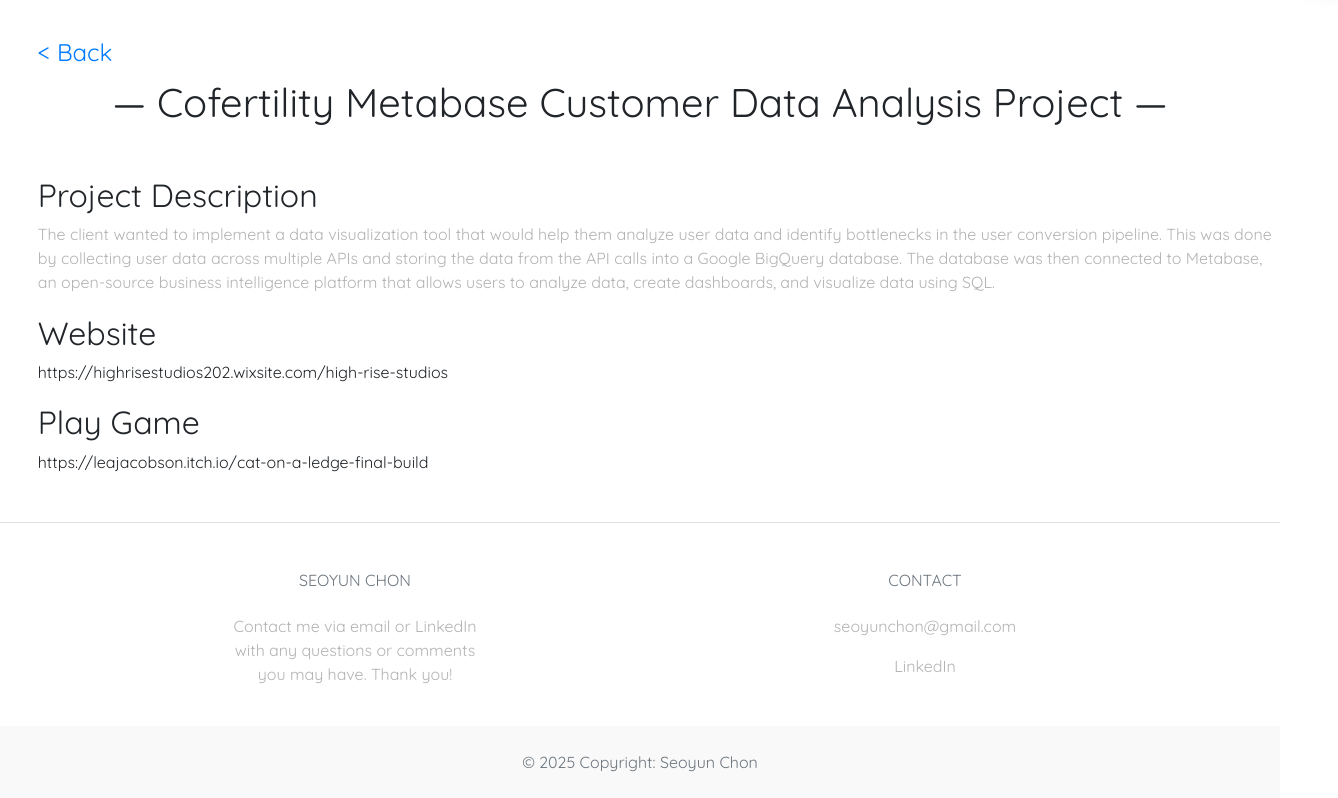
Repository: schon02/seoyun-chon-portfolio
Page: projects_cofertility_page.html
An editor plug-in stored every save of this project. The page is shown before and after the next save, followed by the edit.
The browser window is 1280 px wide. The page is 1338 px wide, so the pictures cover 1338 px, including what lies to the right of the window. The pictures show the part of the page from y = 720 to 1518 px (the page is 1518 px tall before and 1498 px after).

Above is the page before, as saved 2025-01-31 19:14:09.

### projects_cofertility_page.html
<!DOCTYPE html>
<html>
    <head>
        <!-- <link href="style.css" rel="stylesheet" /> -->

        <!-- Required meta tags -->
        <meta charset="utf-8">
        <meta name="viewport" content="width=device-width, initial-scale=1, shrink-to-fit=no">

        <link href="https://fonts.googleapis.com/css?family=Quicksand:400,600,700&display=swap" rel="stylesheet">

        <link rel="stylesheet" href="fonts/icomoon/style.css">

        <link rel="stylesheet" href="css/owl.carousel.min.css">

        <!-- Bootstrap CSS -->
        <link rel="stylesheet" href="css/bootstrap.min.css">

        <!-- Style -->
        <link rel="stylesheet" href="css/style.css">

        <title>Home Page</title>

    </head>

    <body>
        <!-- <header>
            <nav>
                <ul>
                    <li><a class="active" href="index.html">Home</a></li>
                    <li><a href="services_page.html">Services</a></li>
                    <li><a href="contact_page.html">Contact</a></li>
                </ul>
            </nav>
        </header> -->

        <div class="site-mobile-menu site-navbar-target">
            <div class="site-mobile-menu-header">
              <div class="site-mobile-menu-close mt-3">
                <span class="icon-close2 js-menu-toggle"></span>
              </div>
            </div>
            <div class="site-mobile-menu-body"></div>
          </div> <!-- .site-mobile-menu -->

        <div class="site-navbar-wrap">
            <div class="site-navbar-top">
              <div class="container py-3">
                <div class="row align-items-center">
                  <div class="col-6">
                    <div class="d-flex mr-auto">
                      <a href="#" class="d-flex align-items-center mr-4">
                        <span class="icon-envelope mr-2"></span>
                        <span class="d-none d-md-inline-block">seoyunchon@gmail.com</span>
                      </a>
                      <!-- <a href="#" class="d-flex align-items-center mr-auto">
                        <span class="icon-phone mr-2"></span>
                        <span class="d-none d-md-inline-block">+1 234 4567 8910</span>
                      </a> -->
                    </div>
                  </div>
                  <div class="col-6 text-right">
                    <div class="mr-auto">
                      <!-- <a href="#" class="p-2 pl-0"><span class="icon-twitter"></span></a> -->
                      <!-- <a href="#" class="p-2 pl-0"><span class="icon-facebook"></span></a> -->
                      <a href="https://www.linkedin.com/in/seoyun-chon/" class="p-2 pl-0"><span class="icon-linkedin"></span></a>
                      <!-- <a href="#" class="p-2 pl-0"><span class="icon-instagram"></span></a> -->
                    </div>

                  </div>
                </div>
              </div>
            </div>

            <div class="site-navbar site-navbar-target js-sticky-header">
              <div class="container">
                <div class="row align-items-center">
                  <div class="col-2">
                    <h1 class="my-0 site-logo"><a href="index.html">Seoyun&nbsp;Chon</a></h1>
                  </div>
                  <div class="col-10">
                    <nav class="site-navigation text-right" role="navigation">
                      <div class="container">
                        <div class="d-inline-block d-lg-none ml-md-0 mr-auto py-3"><a href="#" class="site-menu-toggle js-menu-toggle text-white"><span class="icon-menu h3"></span></a></div>

                        <ul class="site-menu main-menu js-clone-nav d-none d-lg-block">
                          <li><a href="index.html" class="nav-link">Home</a></li>
                          <li class="active"><a href="projects_page.html" class="nav-link">Projects</a></li>
                          <li class="has-children">
                            <a href="#" class="nav-link">Pages</a>
                            <ul class="dropdown arrow-top">
                              <li><a href="#" class="nav-link">Team</a></li>
                              <li><a href="#" class="nav-link">Pricing</a></li>
                              <li><a href="#" class="nav-link">FAQ</a></li>
                              <li class="has-children">
                                <a href="#">More Links</a>
                                <ul class="dropdown">
                                  <li><a href="#">Menu One</a></li>
                                  <li><a href="#">Menu Two</a></li>
                                  <li><a href="#">Menu Three</a></li>
                                </ul>
                              </li>
                            </ul>
                          </li>
                          <!-- <li><a href="#about-section" class="nav-link">About</a></li> -->
                          <li><a href="resume_page.html" class="nav-link">Resume</a></li>
                          <!-- <li><a href="#gallery-section" class="nav-link">Gallery</a></li> -->
                          <li><a href="contact_page.html" class="nav-link">Contact</a></li>
                        </ul>
                      </div>
                    </nav>
                  </div>
                </div>
              </div>
            </div>
          </div>


          <div class="hero" style="background-image: url('images/s2k2.JPG');"></div>

          <div style="padding-top: 1cm; padding-left: 1cm;">
            <a href="projects_page.html">
              <h4>< Back</h4>
            </a>
          </div>

        <div class="text-center" style="padding-top: 0.1cm;">
          <h1>— Cofertility Metabase Customer Data Analysis Project —</h1>
        </div>


        <div class="text-left" style="padding-top: 0.1cm; padding-left: 1cm;">
          <h2 style="padding-top: 1cm;">Project Description</h2>
          <p>The client wanted to implement a data visualization tool that would
            help them analyze user data and identify bottlenecks in the user
            conversion pipeline. This was done by collecting user data across
            multiple APIs and storing the data from the API calls into a
            Google BigQuery database. The database was then connected to
            Metabase, an open-source business intelligence platform that
            allows users to analyze data, create dashboards, and visualize
            data using SQL. </p>
          <h2 style="padding-top: 0.1cm;">Website</h2>
          <a href="https://highrisestudios202.wixsite.com/high-rise-studios" class="text-reset"> https://highrisestudios202.wixsite.com/high-rise-studios </a>
          <h2 style="padding-top: 0.5cm;">Play Game</h2>
          <a href="https://leajacobson.itch.io/cat-on-a-ledge-final-build" class="text-reset"> https://leajacobson.itch.io/cat-on-a-ledge-final-build </a>
        </div>





        <script src="js/jquery-3.3.1.min.js"></script>
        <script src="js/popper.min.js"></script>
        <script src="js/bootstrap.min.js"></script>
        <script src="js/jquery.sticky.js"></script>
        <script src="js/main.js"></script>

    </body>

<!-- Footer -->
<footer class="text-center text-lg-start bg-white text-muted">

  <section class="d-flex justify-content-center justify-content-lg-between p-4 border-bottom">
  </section>

  <!-- Section: Links  -->
  <section class="">
    <div class="container text-center text-md-start mt-5">
      <!-- Grid row -->
      <div class="row mt-3">
        <!-- Grid column -->
        <div class="col-md-3 col-lg-4 col-xl-3 mx-auto mb-4">
          <!-- Content -->
          <h6 class="text-uppercase fw-bold mb-4">
            <i class="fas fa-gem me-3 text-secondary"></i>Seoyun Chon
          </h6>
          <p>
            Contact me via email or LinkedIn with any questions or comments you may have. Thank you!
          </p>
        </div>
        <!-- Grid column -->

        <!-- Grid column -->
        <div class="col-md-4 col-lg-3 col-xl-3 mx-auto mb-md-0 mb-4">
          <!-- Links -->
          <h6 class="text-uppercase fw-bold mb-4">Contact</h6>
          <p><i class="fas fa-home me-3 text-secondary"></i> seoyunchon@gmail.com</p>
          <p>
            <i class="fas fa-envelope me-3 text-secondary"></i>
            <a href="https://www.linkedin.com/in/seoyun-chon/" class="text-reset"> LinkedIn </a>
          </p>
        </div>
        <!-- Grid column -->
      </div>
      <!-- Grid row -->
    </div>
  </section>
  <!-- Section: Links  -->

  <!-- Copyright -->
  <div class="text-center p-4" style="background-color: rgba(0, 0, 0, 0.025);">
    © 2025 Copyright:
    <a class="text-reset fw-bold" href="https://mdbootstrap.com/">Seoyun Chon</a>
  </div>
  <!-- Copyright -->
</footer>
<!-- Footer -->


</html>

Loaded but not shown: fonts/icomoon/style.css (common file); css/owl.carousel.min.css (library); css/bootstrap.min.css (library); js/jquery-3.3.1.min.js (library); js/popper.min.js (library); js/bootstrap.min.js (library); js/jquery.sticky.js (library); js/main.js (87 lines, source omitted); css/style.css (448 lines, source omitted)

After the next save:
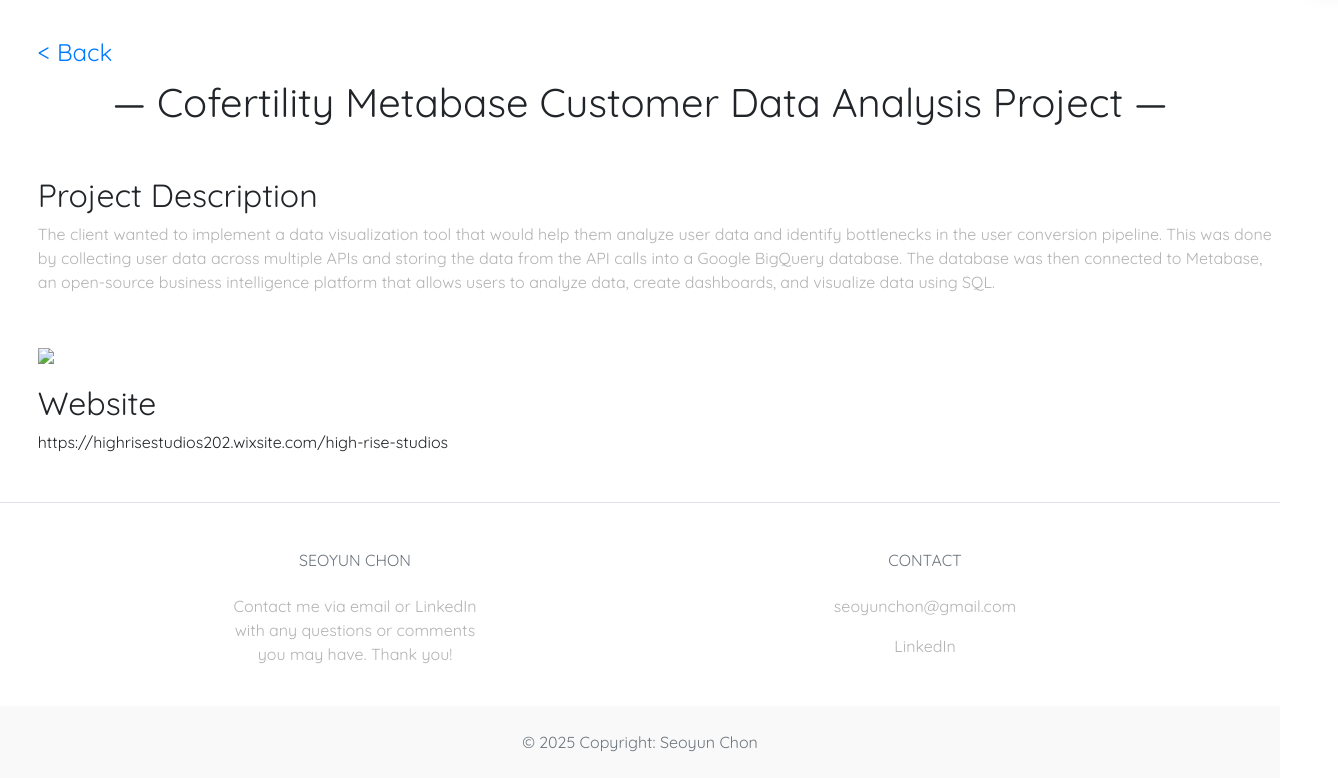
Not found: images/cofertility_system_architecture .jpg
Saved 2 min 10 s later.
--- a/projects_cofertility_page.html
+++ b/projects_cofertility_page.html
@@ -139,10 +139,10 @@
             Metabase, an open-source business intelligence platform that
             allows users to analyze data, create dashboards, and visualize
             data using SQL. </p>
+            <p><img src="images/cofertility_system_architecture .jpg"
+              style="width:300px; padding-top: 1cm;"></p>
           <h2 style="padding-top: 0.1cm;">Website</h2>
           <a href="https://highrisestudios202.wixsite.com/high-rise-studios" class="text-reset"> https://highrisestudios202.wixsite.com/high-rise-studios </a>
-          <h2 style="padding-top: 0.5cm;">Play Game</h2>
-          <a href="https://leajacobson.itch.io/cat-on-a-ledge-final-build" class="text-reset"> https://leajacobson.itch.io/cat-on-a-ledge-final-build </a>
         </div>
 
 
